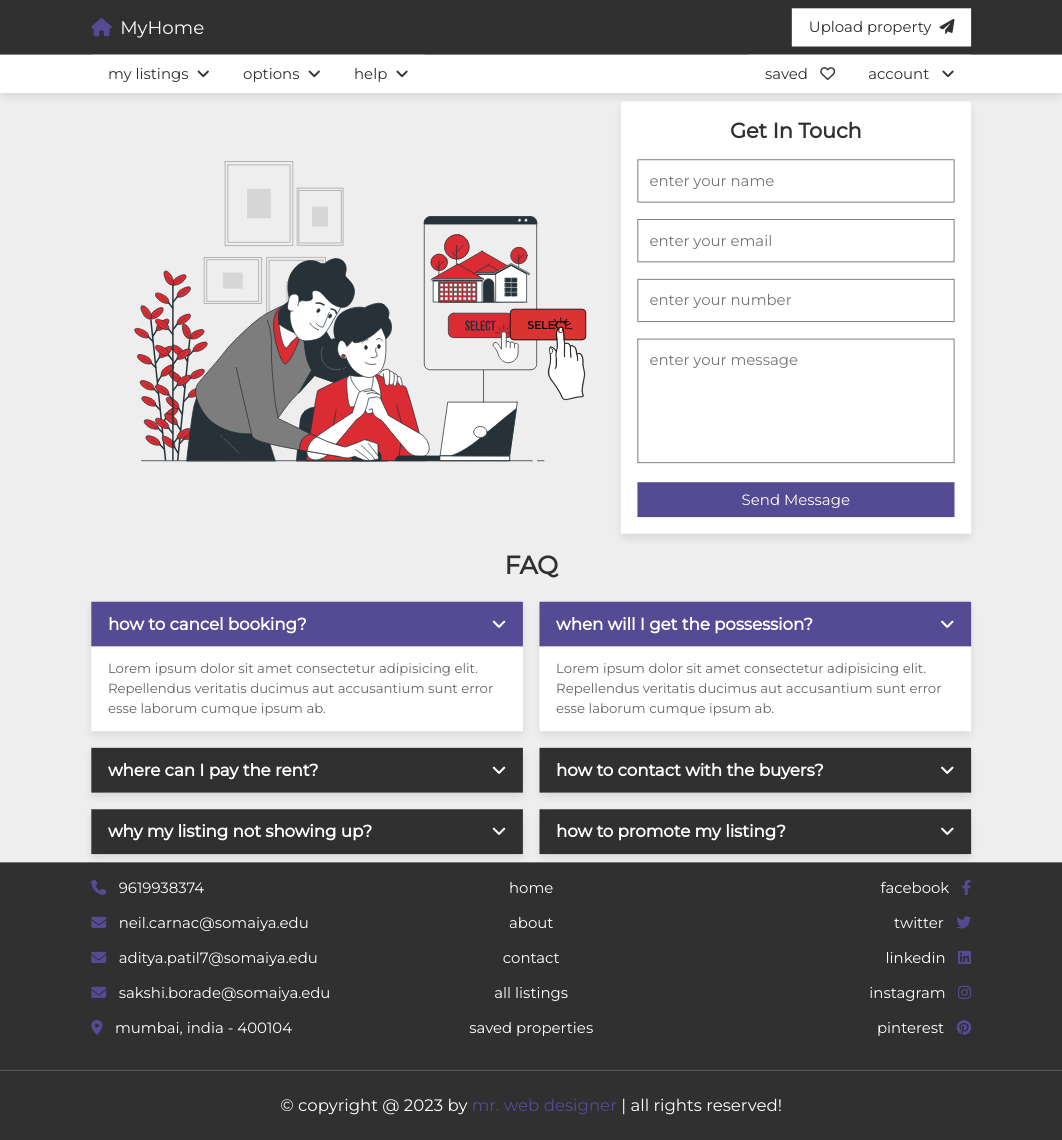
Repository: neilcarnac/wpl-project-realestatewebsite
Page: http://localhost/project/contact.php
An editor plug-in stored every save of this project. The page is shown before and after the next save, followed by the edit.
The browser window is 1280 px wide. The pictures show the whole page, at 83% of full size.
The page is run by PHP 8.4 with error messages shown; the project is at /var/www/html/.

Above is the page before, as saved 2023-04-29 17:08:16.

After the next save:
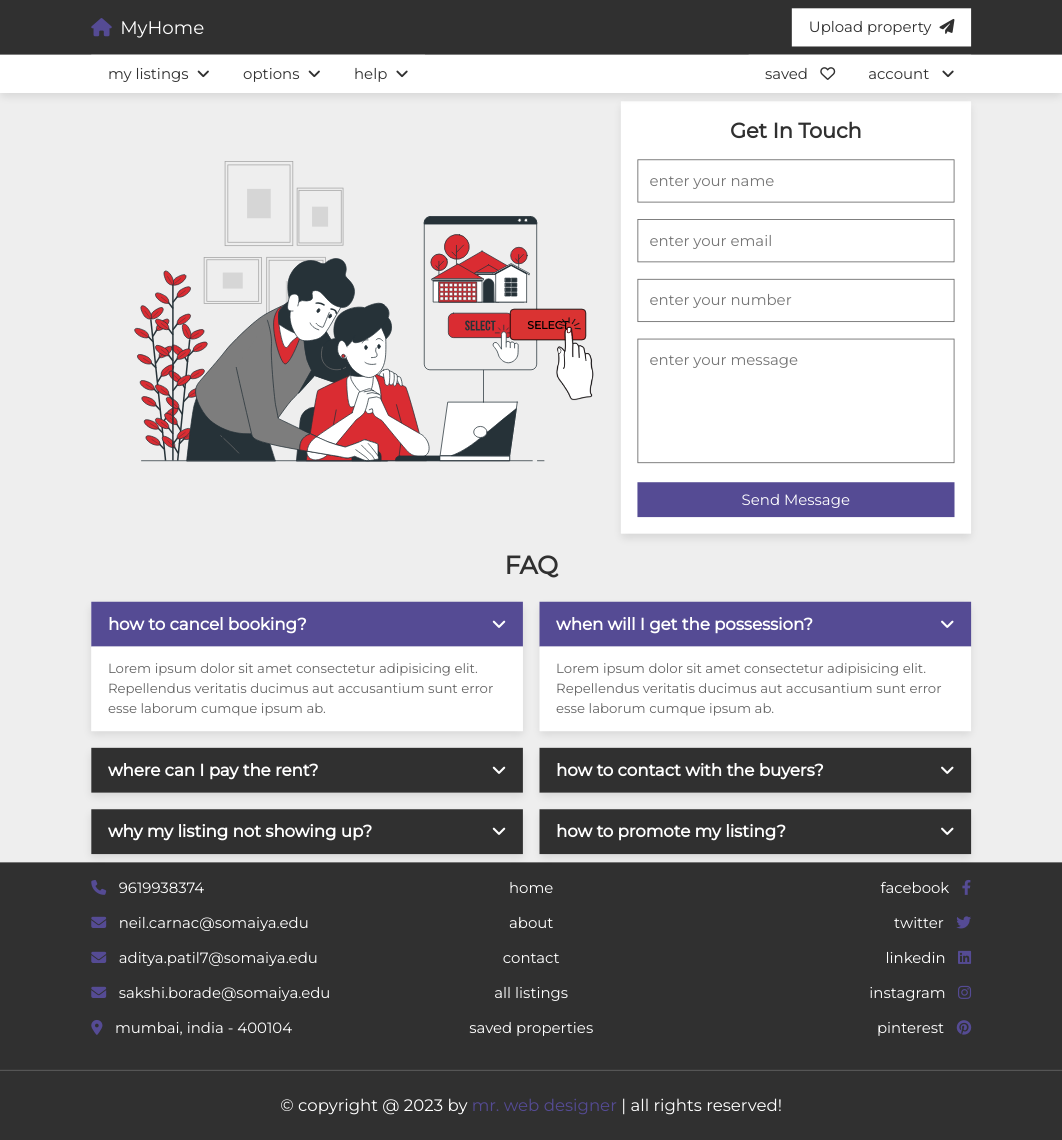
Saved 6 s later.
--- a/project/contact.php
+++ b/project/contact.php
@@ -91,7 +91,7 @@ if(isset($_POST['send'])){
          height:100px ;
          width:45px ;
          margin-top: 270px;
-         margin-left: 660px;
+         margin-left: 670px;
          z-index: 2;
       }
 	</style>
